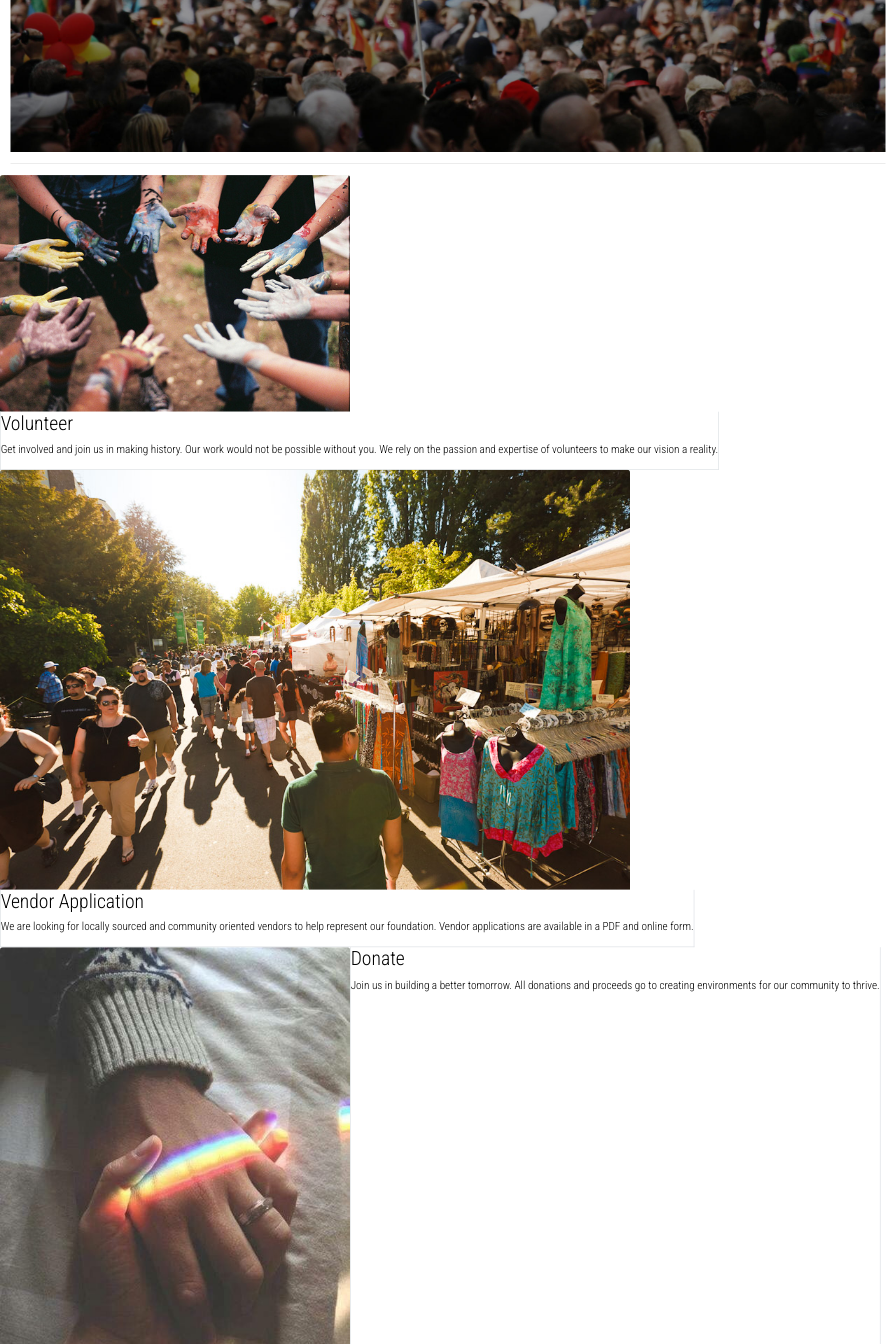
Repository: Code-Institute-Submissions/https-github.com-callendera-Milestone-Project-2
Page: index.html
The author's editor kept a record of every edit. The page is drawn from the files as they stood at one moment, then again after the next edit.
The browser window is 1280 px wide. The pictures show the part of the page from y = 503 to 2423 px (the page is 3111 px tall before and 2773 px after), at 70% of full size.
Backgrounds fixed to the window are drawn as part of the page. Some web libraries are served in a nearby version.

Above is the page before.

After the next edit:
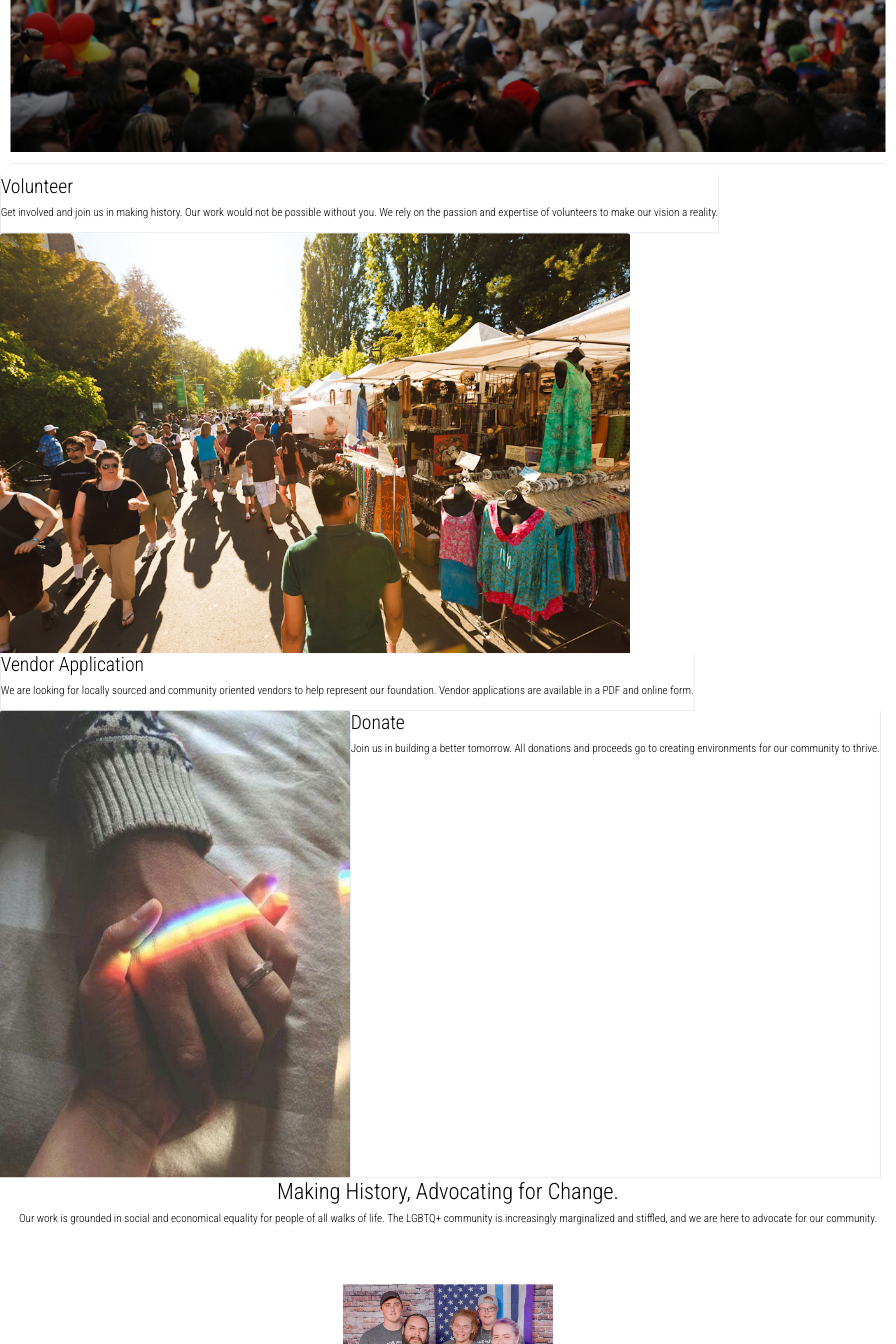
The edit:
--- a/index.html
+++ b/index.html
@@ -73,7 +73,7 @@
         <!--Involved-->
         <div class="row">
             <div class="involved-div">
-                <img src="assets/images/rainbow.jpg" class="rounded-top float-right" alt="...">
+                <!--<img src="assets/images/rainbow.jpg" class="rounded-top float-right" alt="...">-->
             </div>
             <span class="border-top-0 border">
                 <h3>Volunteer</h3>
